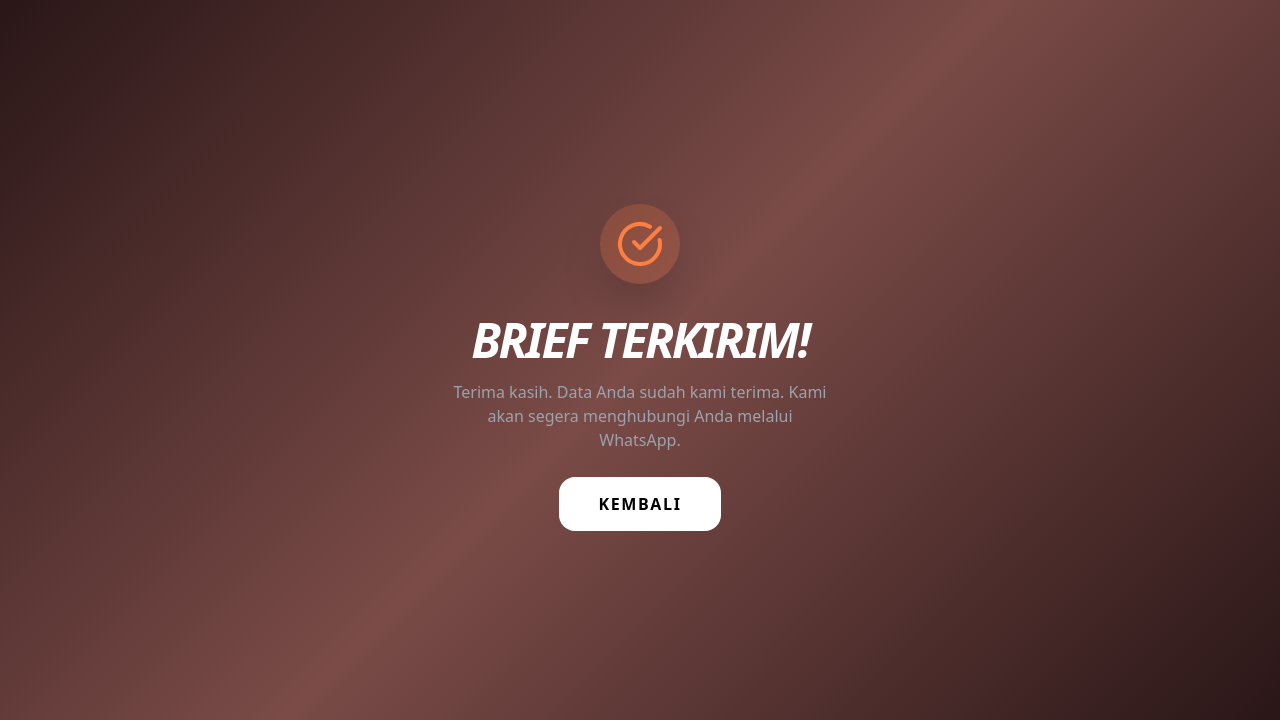
Repository: zhr-nabila/ClientBrief
Page: http://localhost/thanks.php
The author's editor kept a copy of each file at every save. The page is drawn from the files as they stood at one save, then again after the next save.
The browser window is 1280 px wide. The pictures show the whole page.
Some web libraries are served in a nearby version. The page is run by PHP 8.4 with error messages shown; the project is at /var/www/html/.

Above is the page before, as saved 2026-01-20 16:10:04.

After the next save:
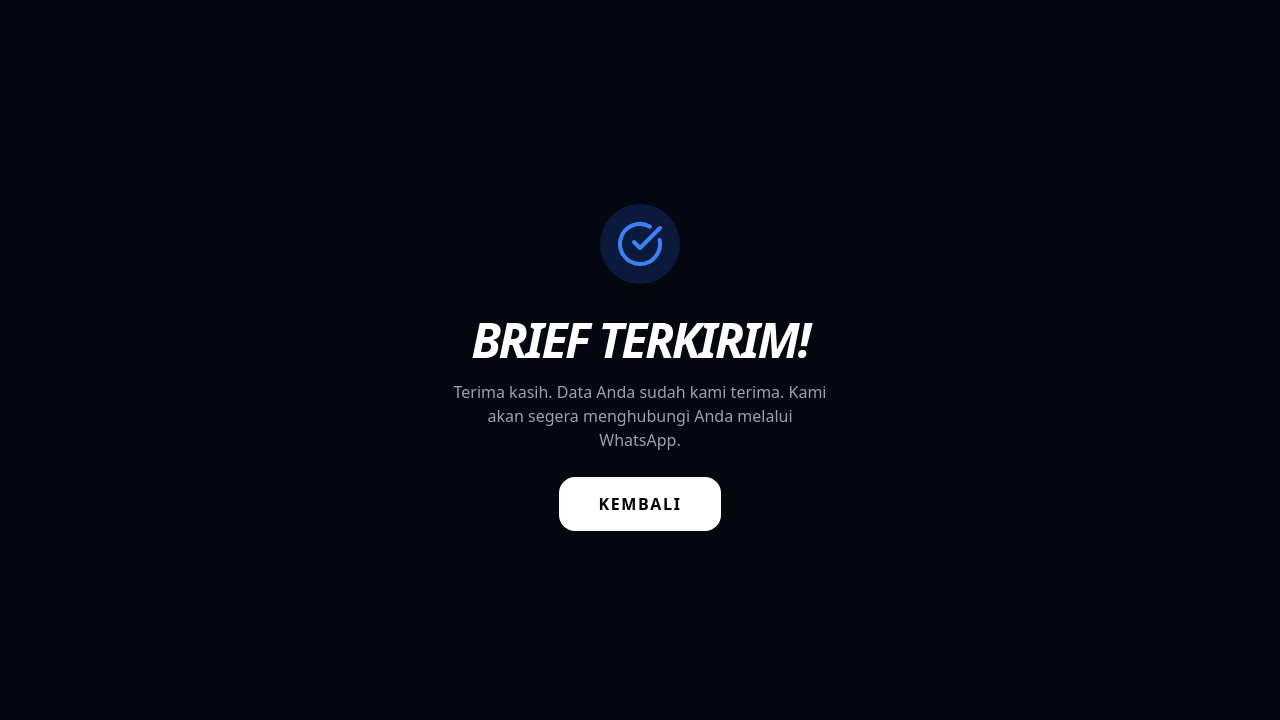
Saved 5 min 28 s later.
--- a/thanks.php
+++ b/thanks.php
@@ -6,32 +6,9 @@
     <script src="https://cdn.tailwindcss.com"></script>
     <script src="https://unpkg.com/lucide@latest"></script>
     <title>Success | ClientBrief</title>
-    <style>
-        body.light-mode {
-            background: linear-gradient(135deg, #FFF897 0%, #FE7F42 100%) !important;
-            color: #1A141A !important;
-        }
-
-        body:not(.light-mode) {
-            background: linear-gradient(135deg, #2A1617 0%, #7A4B47 50%, #2A1617 100%) !important;
-            color: white !important;
-        }
-
-        .bg-blue-600\/20 {
-            background: rgba(254, 127, 66, 0.2) !important;
-        }
-
-        .text-blue-500 {
-            color: #FE7F42 !important;
-        }
-
-        .hover\:bg-blue-600:hover {
-            background: #FE7F42 !important;
-        }
-    </style>
 </head>
 
-<body class="flex items-center justify-center min-h-screen p-6">
+<body class="bg-[#050810] text-white flex items-center justify-center min-h-screen p-6">
     <div class="text-center">
         <div class="w-20 h-20 bg-blue-600/20 text-blue-500 rounded-full flex items-center justify-center mx-auto mb-8 shadow-2xl">
             <i data-lucide="check-circle" class="w-12 h-12"></i>
@@ -42,10 +19,6 @@
     </div>
     <script>
         lucide.createIcons();
-        // Cek apakah ada class light-mode di localStorage
-        if (localStorage.getItem('theme') === 'light') {
-            document.body.classList.add('light-mode');
-        }
     </script>
 </body>
 

After the save that followed:
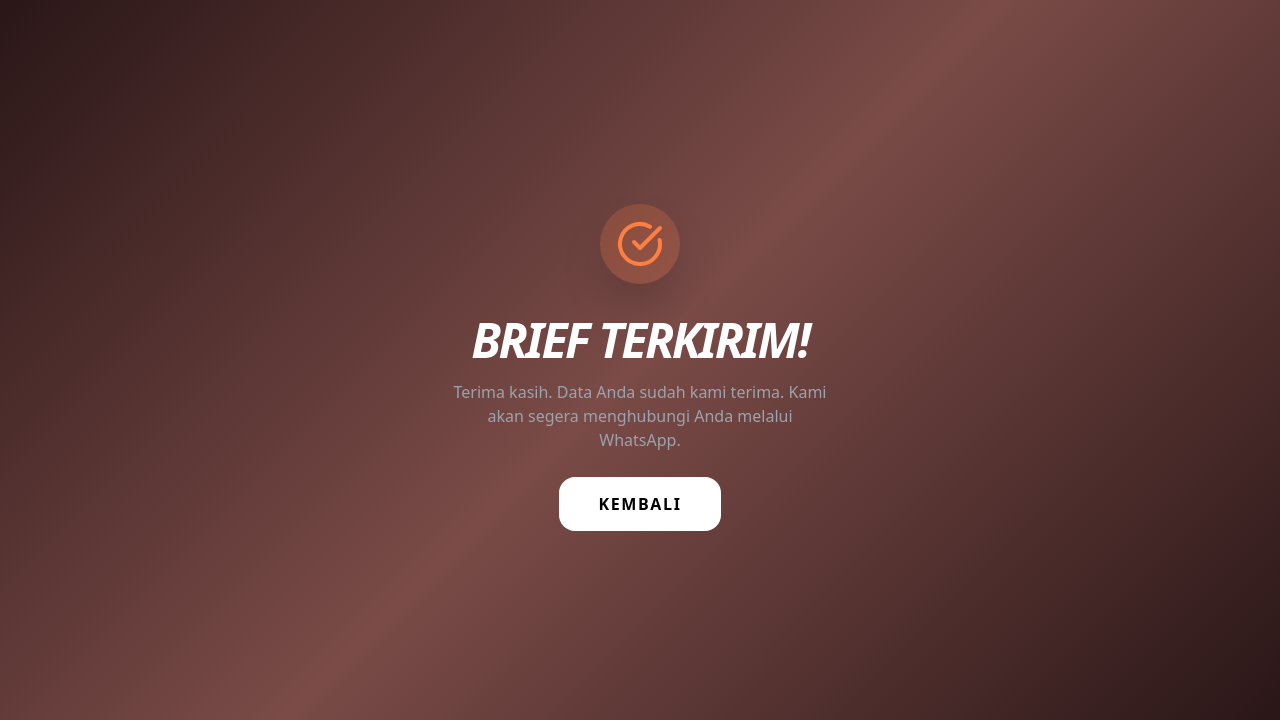
Saved 13 s later.
--- a/thanks.php
+++ b/thanks.php
@@ -6,9 +6,32 @@
     <script src="https://cdn.tailwindcss.com"></script>
     <script src="https://unpkg.com/lucide@latest"></script>
     <title>Success | ClientBrief</title>
+    <style>
+        body.light-mode {
+            background: linear-gradient(135deg, #FFF897 0%, #FE7F42 100%) !important;
+            color: #1A141A !important;
+        }
+
+        body:not(.light-mode) {
+            background: linear-gradient(135deg, #2A1617 0%, #7A4B47 50%, #2A1617 100%) !important;
+            color: white !important;
+        }
+
+        .bg-blue-600\/20 {
+            background: rgba(254, 127, 66, 0.2) !important;
+        }
+
+        .text-blue-500 {
+            color: #FE7F42 !important;
+        }
+
+        .hover\:bg-blue-600:hover {
+            background: #FE7F42 !important;
+        }
+    </style>
 </head>
 
-<body class="bg-[#050810] text-white flex items-center justify-center min-h-screen p-6">
+<body class="flex items-center justify-center min-h-screen p-6">
     <div class="text-center">
         <div class="w-20 h-20 bg-blue-600/20 text-blue-500 rounded-full flex items-center justify-center mx-auto mb-8 shadow-2xl">
             <i data-lucide="check-circle" class="w-12 h-12"></i>
@@ -19,6 +42,10 @@
     </div>
     <script>
         lucide.createIcons();
+        // Cek apakah ada class light-mode di localStorage
+        if (localStorage.getItem('theme') === 'light') {
+            document.body.classList.add('light-mode');
+        }
     </script>
 </body>
 
